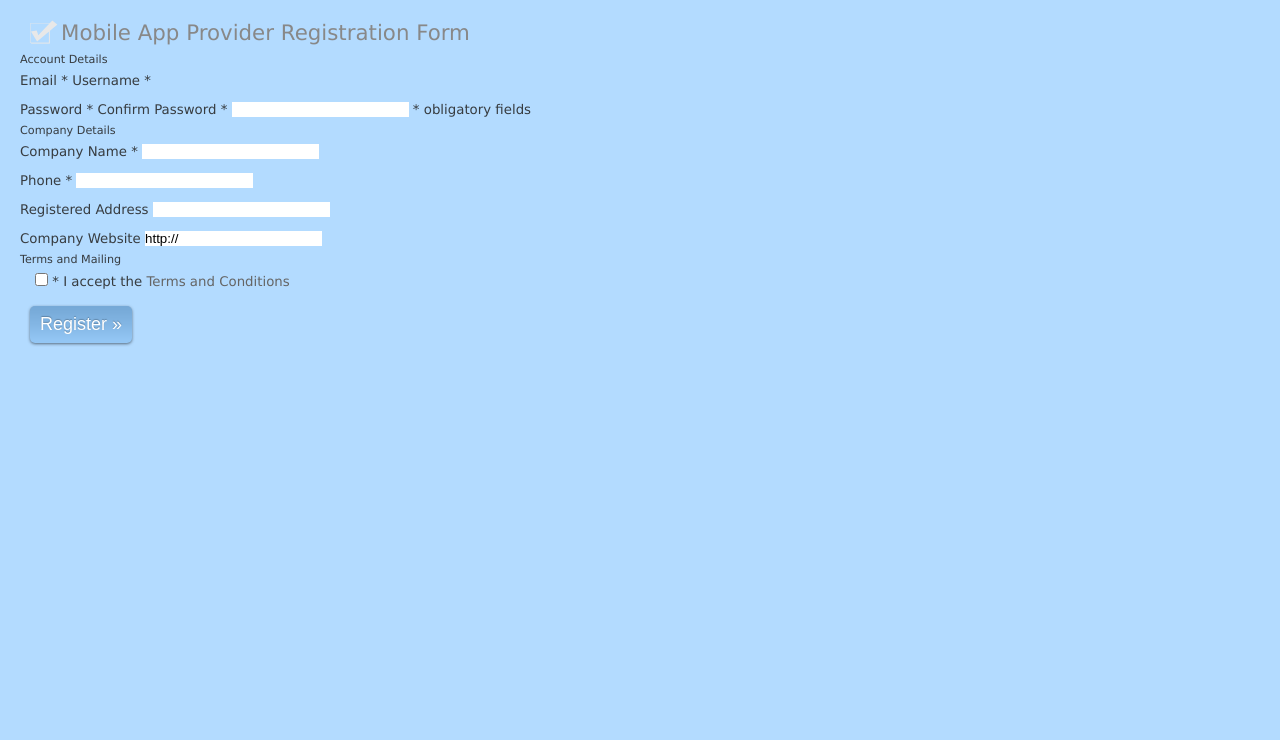
Repository: Bindu1006/CrowdTester
Page: http://localhost/CrowdTesterProject/jsp/AppProviderRegistrationPage.jsp
An editor plug-in stored every save of this project. The page is shown before and after the next save, followed by the edit.
The browser window is 1280 px wide. The pictures show the whole page.
The page is served by Tomcat 9. Other server files are loaded and not shown.

Above is the page before, as saved 2015-11-25 00:38:17.

### CrowdTesterProject/WebContent/jsp/AppProviderRegistrationPage.jsp
<!DOCTYPE html PUBLIC "-//W3C//DTD XHTML 1.0 Strict//EN" "http://www.w3.org/TR/xhtml1/DTD/xhtml1-strict.dtd">
<html xmlns="http://www.w3.org/1999/xhtml" xml:lang="en" lang="en">
    <head>
        <title>Mobile App Provider Registration Form</title>
        <meta http-equiv="Content-Type" content="text/html; charset=utf-8"/>
        <link rel="stylesheet" type="text/css" href="../css/Registration.css"/>
    </head>
    <body>
        <form:form method="post" modelAttribute="testerDetails" action="registerAppProvider.do" class="register">
            <h1>Mobile App Provider Registration Form</h1>
            <fieldset class="row1">
                <legend>Account Details
                </legend>
                <p>
                    <label>Email *
                    </label>
                    <form:input path="email" placeholder="EMAIL"/>
                    <label>Username *
                    </label>
                    <form:input path="userName" placeholder="Username"/>
                </p>
                <p>
                    <label>Password *
                    </label>
                    <form:input path="password" placeholder="Password"/>
                    <label>Confirm Password *
                    </label>
                    <input type="text"/>
                    <label class="obinfo">* obligatory fields
                    </label>
                </p>
            </fieldset>
            <fieldset class="row2">
                <legend>Company Details
                </legend>
                <p>
                    <label>Company Name *
                    </label>
                    <input type="text" class="long"/>
                </p>

                <p>
                    <label>Phone *
                    </label>
                    <input type="text" maxlength="10"/>
                </p>
                <p>
                    <label class="optional">Registered Address
                    </label>
                    <input type="text" class="long"/>
                </p>
                <p>
                    <label class="optional">Company Website
                    </label>
                    <input class="long" type="text" value="http://"/>

                </p>
            </fieldset>

            </fieldset>
            <fieldset class="row4">
                <legend>Terms and Mailing
                </legend>
                <p class="agreement">
                    <input type="checkbox" value=""/>
                    <label>*  I accept the <a href="SLA_AppProvider.txt">Terms and Conditions</a></label>
                </p>
            </fieldset>
            <div><button class="button">Register &raquo;</button></div>
        </form>
    </body>
</html>

### CrowdTesterProject/WebContent/css/Registration.css
*/*Set's border, padding and margin to 0 for all values*/
{
    padding: 0;
    margin: 0;
    border: 0;
}
body, html {
    color: #373C40;
    font-family: Verdana,Arial, Helvetica, sans-serif;
    height: 100%;
    background-color: #b3dbff;
    margin:10px;
}
body {
    font-size: 70%;
}
p {
    padding: 7px 0 7px 0;
    font-weight: 500;
    font-size: 10pt;
}
a {
    color: #656565;
    text-decoration:none;
}
a:hover{
    color: #abda0f;
    text-decoration: none;
}
h1 {
    font-weight:200;
    color: #888888;
    font-size:16pt;
    background: transparent url(../images/h1.png) no-repeat center left;
    padding-left:33px;
    margin:7px 5px 8px 8px;
}
h4 {
    padding:1px;
    color: #ACACAC;
    font-size:9pt;
    font-weight:100;
    text-transform:uppercase;
}
form.register{
    width:800px;
    margin: 20px auto 0px auto;
    height:530px;
    background-color:#fff;
    padding:5px;
    -moz-border-radius:20px;
    -webkit-border-radius:20px;
}
form p{
    font-size: 8pt;
    clear:both;
    margin: 0;
    color:gray;
    padding:4px;
}
form.register fieldset.row1
{
    width:770px;
    padding:5px;
    float:left;
    border-top:1px solid #80c3ff;
    margin-bottom:15px;
}
form.register fieldset.row1 label{
    width:140px;
    float: left;
    text-align: right;
    margin-right: 6px;
    margin-top:2px;
}
form.register fieldset.row2
{
    border-top:1px solid #80c3ff;
    border-right:1px solid #80c3ff;
    height:220px;
    padding:5px;
    float:left;
}
form.register fieldset.row3
{
    border-top:1px solid #80c3ff;
    padding:5px;
    float:left;
    margin-bottom:15px;
    width:400px;
}
form.register fieldset.row4
{
    border-top:1px solid #80c3ff;
    border-right:1px solid #80c3ff;
    padding:5px;
    float:left;
    clear:both;
    width:500px;
}
form.register .infobox{
    float:right;
    margin-top:20px;
    border: 1px solid #80c3ff;
    padding:5px;
    width:380px;
    height:98px;
    font-size:9px;
    background: #FDFEFA url(images/bg_infobox.gif) repeat-x top left;
}
form.register legend
{
    color: #80c3ff;
    padding:2px;
    margin-left: 14px;
    font-weight:bold;
    font-size: 14px;
    font-weight:100;
}
form.register label{
    color:#444;
    width:98px;
    float: left;
    text-align: right;
    margin-right: 6px;
    margin-top:2px;
}
form.register label.optional{
    float: left;
    text-align: right;
    margin-right: 6px;
    margin-top:2px;
    color: #A3A3A3;
}
form.register label.obinfo{
    float:right;
    padding:3px;
    font-style:italic;
}
form.register input{
    width: 140px;
    color: #505050;
    float: left;
    margin-right: 5px;
}
form.register input.long{
    width: 247px;
    color: #505050;
}
form.register input.short{
    width: 40px;
    color: #505050;
}
form.register input[type=radio]
{
    float:left;
    width:15px;
}
form.register label.gender{
    margin-top:-1px;
    margin-bottom:2px;
    width:34px;
    float:left;
    text-align:left;
    line-height:19px;
}
form.register input[type=text]
{
    border: 1px solid #E1E1E1;
    height: 18px;
}
form.register input[type=password]
{
    border: 1px solid #E1E1E1;
    height: 18px;
}
.button
{
    background: #80c3ff url(images/overlay.png) repeat-x;
    padding: 8px 10px 8px;
    color: #fff;
    text-decoration: none;
    -moz-border-radius: 5px;
    -webkit-border-radius: 5px;
    -moz-box-shadow: 0 1px 3px rgba(0,0,0,0.5);
    -webkit-box-shadow: 0 1px 3px rgba(0,0,0,0.5);
    text-shadow: 0 -1px 1px rgba(0,0,0,0.25);
    cursor: pointer;
    float:left;
    font-size:18px;
    margin:10px;
}
form.register input[type=text].year
{
    border: 1px solid #E1E1E1;
    height: 18px;
    width:30px;
}
form.register input[type=checkbox] {
    width:14px;
    margin-top:4px;
}
form.register select
{
    border: 1px solid #80c3ff;
    width: 130px;
    float:left;
    margin-bottom:3px;
    color: #505050;
    margin-right:5px;
}
form.register select.date
{
    width: 40px;
}
input:focus, select:focus{
    background-color: #efffe0;
}
p.info{
    font-size:7pt;
    color: gray;
}
p.agreement{
    margin-left:15px;
}
p.agreement label{
    width:390px;
    text-align:left;
    margin-top:3px;
}

After the next save:
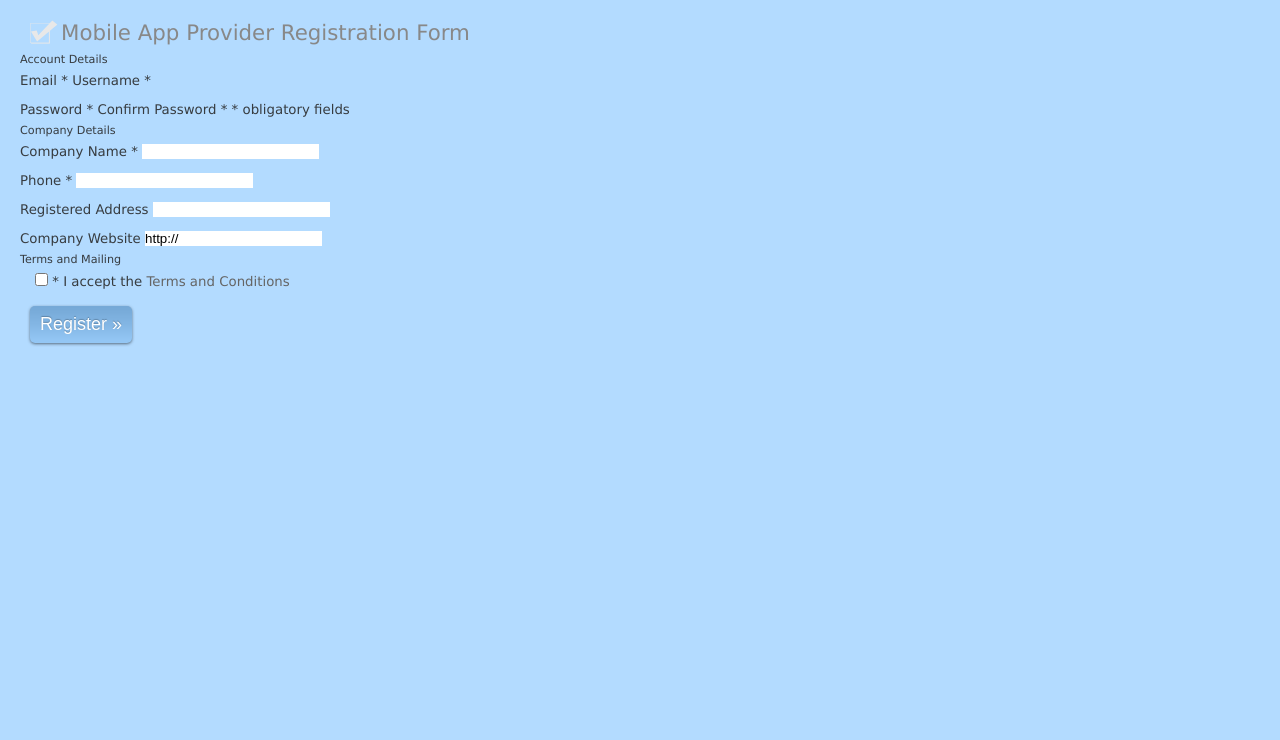
Saved 13 s later.
--- a/CrowdTesterProject/WebContent/jsp/AppProviderRegistrationPage.jsp
+++ b/CrowdTesterProject/WebContent/jsp/AppProviderRegistrationPage.jsp
@@ -25,7 +25,7 @@
                     <form:input path="password" placeholder="Password"/>
                     <label>Confirm Password *
                     </label>
-                    <input type="text"/>
+                    <form:input path="confirmPassword" placeholder="Password"/>
                     <label class="obinfo">* obligatory fields
                     </label>
                 </p>
